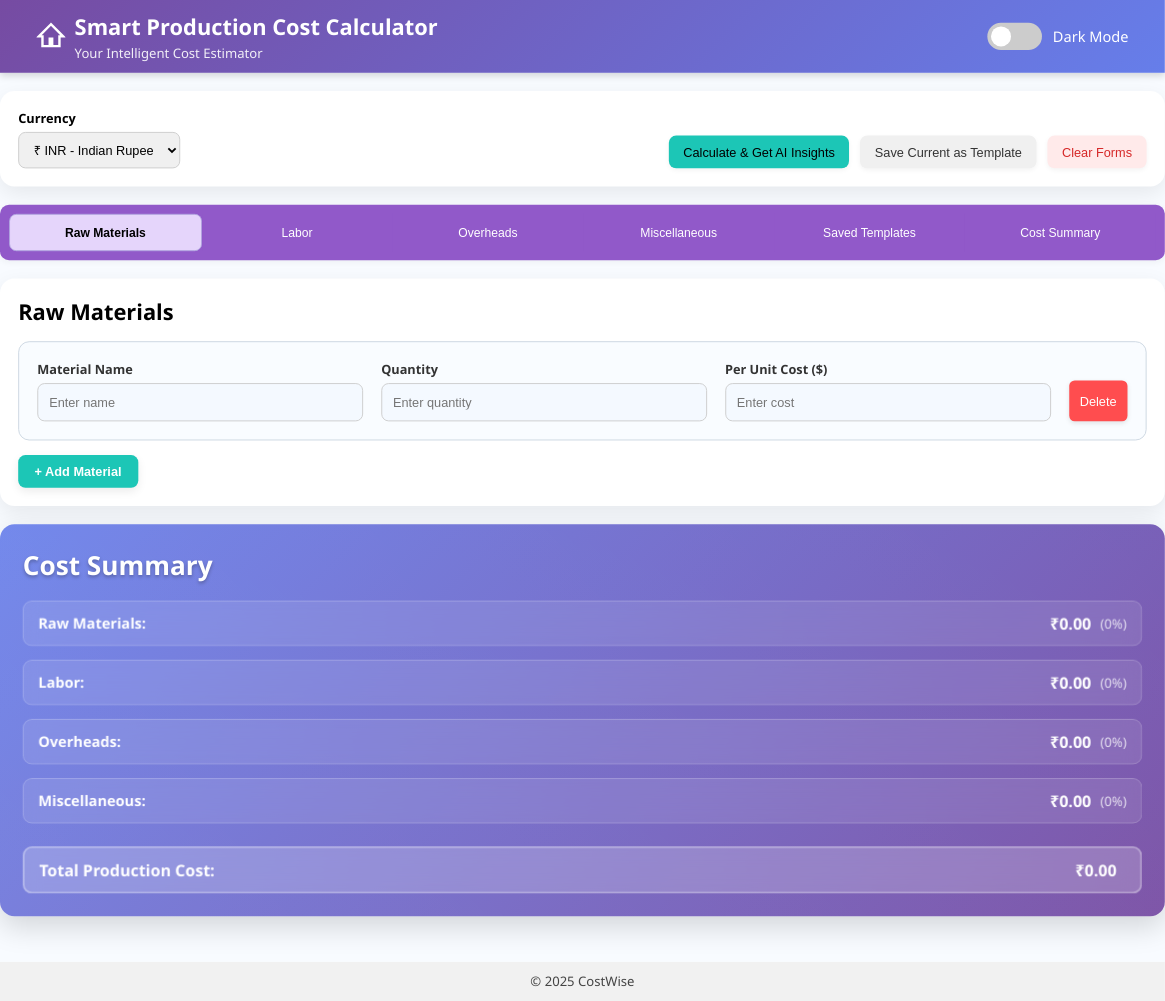
Repository: syntaxion25/COSTWISE
Page: index.html
The author's editor kept a copy of each file at every save. The page is drawn from the files as they stood at one save, then again after the next save.
The browser window is 1280 px wide. The pictures show the whole page, at 91% of full size.

Above is the page before, as saved 2025-06-13 20:07:10.
Console error: ReferenceError: savedTemplates is not defined

### index.html
<!DOCTYPE html>
<html lang="en">

<head>
    <meta charset="UTF-8" />
    <meta name="viewport" content="width=device-width, initial-scale=1.0" />
    <title>CostWise</title>
    <link rel="stylesheet" href="style.css" />
</head>

<body>
    <header>
  <div class="container">
    <div class="header-left">
      <svg class="logo" viewBox="0 0 24 24" fill="none">
        <!-- SVG path -->
        <path d="M12 2L2 12h3v8h6v-6h2v6h6v-8h3L12 2z" stroke="currentColor" stroke-width="2"/>
      </svg>
      <div>
        <h1>Smart Production Cost Calculator</h1>
        <p class="slogan">Your Intelligent Cost Estimator</p>
      </div>
    </div>
    <div class="header-right">
      <div class="toggle-container">
        <label class="switch">
          <input type="checkbox" id="nightToggle">
          <span class="slider"></span>
        </label>
        <span class="label-text">Dark Mode</span>
      </div>
    </div>
  </div>
</header>

    <main>
        <div class="card-container">
            <div class="card-header">
                <div class="currency-select">
                    <label for="currency">Currency</label>
                    <select id="currency">
                        <option value="INR">₹ INR - Indian Rupee</option>
                        <option value="EUR">€ EUR - Euro</option>
                        <option value="USD">$ USD - US Dollar</option>
                    </select>
                </div>
                <div class="button-group">
                    <button onclick="calculateAI()" class="btn primary">Calculate & Get AI Insights</button>
                    <button onclick="openSaveModal()" class="btn secondary">Save Current as Template</button>
                    <button onclick="clearForms()" class="btn danger">Clear Forms</button>
                </div>
            </div>
        </div>

        <div class="tab-wrapper">
            <div class="tab-container">
                <button class="tab" data-tab="materials_parent">Raw Materials</button>
                <button class="tab" data-tab="labor_parent">Labor</button>
                <button class="tab" data-tab="overheads_parent">Overheads</button>
                <button class="tab" data-tab="miscellaneous_parent">Miscellaneous</button>
                <button class="tab" data-tab="saved_templates">Saved Templates</button>
                <button class="tab" data-tab="cost_summary">Cost Summary</button>
            </div>
        </div>

        <!-- Raw Materials -->
        <div id="materials_parent" class="raw-materials-card">
            <h2>Raw Materials</h2>
            <div class="outlined-wrapper material-block">
                <div class="material-inputs-labeled">
                    <div class="input-group">
                        <label>Material Name</label>
                        <input type="text" placeholder="Enter name" id="material_name" class="material-name" />
                    </div>
                    <div class="input-group">
                        <label>Quantity</label>
                        <input type="number" placeholder="Enter quantity" id="material_quantity" class="material-quantity" />
                    </div>
                    <div class="input-group">
                        <label>Per Unit Cost ($)</label>
                        <input type="number" placeholder="Enter cost" id="material_cost" class="material-cost" />
                    </div>
                    <button onclick="deleteElement(this)" class="delete-btn">Delete</button>
                </div>
            </div>
            <button onclick="createMaterialElement()" class="addbutton">+ Add Material</button>
        </div>

        <!-- Labor -->
        <div id="labor_parent" class="raw-materials-card">
            <h2>Labor Costs</h2>
            <div class="outlined-wrapper labor-block">
                <div class="material-inputs-labeled">
                    <div class="input-group">
                        <label>Hours Worked</label>
                        <input type="number" placeholder="Enter number of hours" id="labor_hours" class="labor-hours" />
                    </div>
                    <div class="input-group">
                        <label>Labor Cost</label>
                        <input type="number" placeholder="Enter the cost of labor" id="labor_cost" class="labor-cost" />
                    </div>
                    <button onclick="deleteElement(this)" class="delete-btn">Delete</button>
                </div>
            </div>
            <button onclick="createLaborElement()" class="addbutton">+ Add Labor</button>
        </div>

        <!-- Overheads -->
        <div id="overheads_parent" class="raw-materials-card">
            <h2>Overheads Costs</h2>
            <div class="outlined-wrapper overhead-block">
                <div class="material-inputs-labeled">
                    <div class="input-group">
                        <label>Expense name</label>
                        <input type="text" placeholder="e.g, electricity, rent" id="overhead_name" class="overhead-name" />
                    </div>
                    <div class="input-group">
                        <label>Quantity/Hours</label>
                        <input type="number" placeholder="Enter the quantity" id="overhead_hours" class="overhead-hours" />
                    </div>
                    <div class="input-group">
                        <label>Cost</label>
                        <input type="number" placeholder="Enter the service cost" id="overhead_cost" class="overhead-cost" />
                    </div>
                    <button onclick="deleteElement(this)" class="delete-btn">Delete</button>
                </div>
            </div>
            <button onclick="createOverheadsElement()" class="addbutton">+ Add Overhead</button>
        </div>

        <!-- Miscellaneous -->
        <div id="miscellaneous_parent" class="raw-materials-card">
            <h2>Miscellaneous Costs</h2>
            <div class="outlined-wrapper miscellaneous-block">
                <div class="material-inputs-labeled">
                    <div class="input-group">
                        <label>Total Miscellaneous Costs</label>
                        <input type="number" placeholder="Enter total miscellaneous costs" id="miscellaneous_costs" class="miscellaneous-costs" />
                    </div>
                </div>
            </div>
        </div>

        <!-- Saved Templates -->
        <div id="saved_templates" class="raw-materials-card">
            <h2>Saved Templates</h2>
            <div class="outlined-wrapper saved-templates-block">
                <div class="template-list">
                    <p class="no-templates">No saved templates yet. Create and save a template to see it here.</p>
                </div>
            </div>
        </div>

        <!-- Cost Summary (now a proper tab) -->
        <div id="cost_summary" class="raw-materials-card cost-summary-card">
            <h2>Cost Summary</h2>
            <div class="cost-breakdown">
                <div class="cost-item">
                    <span class="cost-label">Raw Materials:</span>
                    <span class="cost-value">₹0.00</span>
                    <span class="cost-percentage">(0%)</span>
                </div>
                <div class="cost-item">
                    <span class="cost-label">Labor:</span>
                    <span class="cost-value">₹0.00</span>
                    <span class="cost-percentage">(0%)</span>
                </div>
                <div class="cost-item">
                    <span class="cost-label">Overheads:</span>
                    <span class="cost-value">₹0.00</span>
                    <span class="cost-percentage">(0%)</span>
                </div>
                <div class="cost-item">
                    <span class="cost-label">Miscellaneous:</span>
                    <span class="cost-value">₹0.00</span>
                    <span class="cost-percentage">(0%)</span>
                </div>
                <div class="cost-item total-cost">
                    <span class="cost-label">Total Production Cost:</span>
                    <span class="cost-value">₹0.00</span>
                </div>
            </div>
        </div>
    </main>

    <footer>
        <p>&copy; 2025 CostWise</p>
    </footer>

    <script src="app.js"></script>
</body>
</html>

### style.css
* {
  margin: 0;
  padding: 0;
  box-sizing: border-box;
}

body {
  font-family: 'Segoe UI', sans-serif;
  background-color: #f8fbff;
  padding-top: 80px; /* space for fixed header */
}

header {
  position: fixed;
  top: 0;
  width: 100%;
  background: linear-gradient(135deg, #764ba2 0%, #667eea 100%);
  color: white;
  padding: 12px 20px;
  box-shadow: 0 3px 8px rgba(0, 0, 0, 0.15);
  z-index: 1000;
}

.container {
  display: flex;
  justify-content: space-between;
  align-items: center;
  max-width: 1200px;
  margin: 0 auto;
}

.header-left {
  display: flex;
  align-items: center;
  gap: 10px;
}

.logo {
  width: 32px;
  height: 32px;
  stroke: white;
}

.header-left h1 {
  margin: 0;
  font-size: 1.5rem;
  font-weight: 600;
}

.header-right p {
  margin: 0;
  font-size: 0.9rem;
  opacity: 0.9;
  text-align: right;
}

@media (max-width: 600px) {
  .container {
    flex-direction: column;
    align-items: flex-start;
    gap: 8px;
  }

  .header-right p {
    text-align: left;
  }
}

footer {
  margin-top: 50px;
  text-align: center;
  padding: 12px;
  background-color: #f1f1f1;
  font-size: 0.9rem;
  color: #444;
}

/* Card Styles */
.card-container {
  background: #fff;
  padding: 20px;
  margin: 20px auto;
  border-radius: 16px;
  box-shadow: 0 8px 24px rgba(0, 0, 0, 0.08);
  max-width: 1400px;
}

/* Cost Summary Card */
.cost-summary-card {
  background: linear-gradient(135deg, #667eea 0%, #764ba2 100%);
  color: white;
  padding: 25px;
  margin: 20px auto;
  border-radius: 16px;
  box-shadow: 0 12px 32px rgba(0, 0, 0, 0.15);
  max-width: 1400px;
  position: relative;
  overflow: hidden;
}

.cost-summary-card::before {
  content: '';
  position: absolute;
  top: 0;
  left: 0;
  right: 0;
  bottom: 0;
  background: linear-gradient(45deg, rgba(255,255,255,0.1) 0%, rgba(255,255,255,0.05) 100%);
  pointer-events: none;
}

.cost-summary-card h2 {
  margin-bottom: 20px;
  font-size: 1.8rem;
  font-weight: 700;
  text-shadow: 0 2px 4px rgba(0,0,0,0.3);
}

.cost-breakdown {
  display: flex;
  flex-direction: column;
  gap: 15px;
}

.cost-item {
  display: flex;
  justify-content: space-between;
  align-items: center;
  padding: 12px 16px;
  background: rgba(255, 255, 255, 0.1);
  border-radius: 10px;
  backdrop-filter: blur(10px);
  border: 1px solid rgba(255, 255, 255, 0.2);
  transition: all 0.3s ease;
}

.cost-item:hover {
  background: rgba(255, 255, 255, 0.15);
  transform: translateY(-2px);
}

.cost-item.total-cost {
  background: rgba(255, 255, 255, 0.2);
  border: 2px solid rgba(255, 255, 255, 0.3);
  font-weight: 700;
  font-size: 1.1rem;
  margin-top: 10px;
}

.cost-label {
  font-weight: 600;
  flex: 1;
}

.cost-value {
  font-weight: 700;
  font-size: 1.1rem;
  margin-right: 10px;
}

.cost-percentage {
  font-size: 0.9rem;
  opacity: 0.8;
  font-weight: 500;
}

.card-header {
  display: flex;
  flex-wrap: wrap;
  justify-content: space-between;
  align-items: flex-end;
  gap: 20px;
}

/* Currency Dropdown */
.currency-select label {
  display: block;
  font-weight: 600;
  margin-bottom: 6px;
  font-size: 14px;
}

.currency-select select {
  padding: 10px 12px;
  font-size: 14px;
  border: 1px solid #ccc;
  border-radius: 8px;
  background-color: #f0f0f0;
  transition: all 0.2s ease-in-out;
}

.currency-select select:hover {
  border-color: #00ddff;
  background-color: #fff;
  box-shadow: 0 0 4px rgba(28, 198, 182, 0.3);
}

/* Buttons */
.button-group {
  display: flex;
  gap: 12px;
  flex-wrap: wrap;
}

.btn {
  padding: 10px 16px;
  font-size: 14px;
  font-weight: 500;
  border: none;
  border-radius: 8px;
  cursor: pointer;
  transition: all 0.2s ease-in-out;
  box-shadow: 0 2px 6px rgba(0,0,0,0.05);
}

.btn:hover {
  transform: translateY(-2px);
  box-shadow: 0 4px 12px rgba(0,0,0,0.1);
}

.btn.primary {
  background-color: #1cc6b6;
  color: rgb(0, 0, 0);
}

.btn.primary:hover {
  background-color: #00ddff;
}

.btn.secondary {
  background-color: #f0f0f0;
  color: #333;
}

.btn.secondary:hover {
  background-color: #e0e0e0;
}

.btn.danger {
  background-color: #ffeaea;
  color: #d62828;
}

.btn.danger:hover {
  background-color: #ffcccc;
}

svg {
  width: 24px;
  height: 24px;
}

.tab-wrapper {
  max-width: 1400px;
  margin: 20px auto;
}

.tab-container {
  display: flex;
 background-color:  #9159c9;
  border-radius: 10px;
  padding: 10px;
  overflow-x: auto;
  box-shadow: 0 2px 8px rgba(0, 0, 0, 0.05);
}

.tab {
  flex: 1;
   background-color:  #9159c9;
  padding: 12px 16px;
  text-align: center;
  color: #ffffff;
  font-weight: 500;
  text-decoration: none;
  transition: background-color 0.3s, font-weight 0.3s;
  white-space: nowrap;
  border : none;
}

.tab:hover {
  background-color: #c870e6;
  border-radius: 8px;
}

.tab.active {
  background-color: #e5d5fb;
  font-weight: bold;
  border: 1.5px solid #afa4de;
  color: black;
  border-radius: 8px;
}

.tab.saved-template::before {
  content: "📁";
  margin-right: 6px;
}

.raw-materials-card {
  background: #fff;
  padding: 20px;
  margin: 20px auto;
  width: auto;
  border-radius: 16px;
  box-shadow: 0 8px 24px rgba(0, 0, 0, 0.08);
  max-width: 1400px;
  /* display: none; */
}

.outlined-wrapper {
  border: 1.5px solid #cbd5e1;
  border-radius: 12px;
  padding: 20px;
  margin-top: 16px;
  background-color: #f9fcff;
}

.material-inputs-labeled {
  display: flex;
  gap: 20px;
  flex-wrap: wrap;
}

.input-group {
  display: flex;
  flex-direction: column;
  flex: 1;
  min-width: 200px;
}

.input-group label {
  font-weight: 600;
  margin-bottom: 6px;
  font-size: 14px;
  color: #333;
}

.input-group input {
  padding: 12px;
  border: 1px solid #ccc;
  border-radius: 8px;
  font-size: 14px;
  background-color: #f4f9ff;
  transition: border-color 0.3s, background-color 0.3s;
}

.input-group input:focus {
  border-color: #007bff;
  background-color: #fff;
  outline: none;
}

.addbutton{
  margin-top: 16px;
  padding: 10px 18px;
  font-size: 14px;
  font-weight: 600;
  color: #fff;
  background-color: #1cc6b6;
  border: none;
  border-radius: 8px;
  cursor: pointer;
  transition: background-color 0.3s ease, transform 0.2s;
  box-shadow: 0 4px 10px rgba(0, 0, 0, 0.08);
}

.addbutton:hover {
  background-color: #00bfa6;
  transform: translateY(-2px);
}

.delete-btn {
  background-color: #ff4d4f;
  color: white;
  border: none;
  border-radius: 6px;
  padding: 8px 12px;
  font-size: 14px;
  cursor: pointer;
  transition: background-color 0.2s ease, transform 0.2s;
  margin-top: 22px;
  box-shadow: 0 2px 6px rgba(0, 0, 0, 0.1);
}

.delete-btn:hover {
  background-color: #e60000;
  transform: scale(1.05);
}

/* ========== NIGHT MODE ========== */
body.dark-mode {
  background-color: #121212;
  color: #e0e0e0;
}

body.dark-mode header {
  background-color: #1f1f1f;
  color: white;
}

body.dark-mode .logo {
  stroke: white;
}

body.dark-mode footer {
  background-color: #1f1f1f;
  color: #ccc;
}

body.dark-mode .card-container,
body.dark-mode .raw-materials-card,
body.dark-mode .outlined-wrapper {
  background-color: #1e1e1e;
  border-color: #333;
  color: #e0e0e0;
}

body.dark-mode .cost-summary-card {
  background: linear-gradient(135deg, #2d3748 0%, #4a5568 100%);
  color: #e2e8f0;
}

body.dark-mode .cost-item {
  background: rgba(255, 255, 255, 0.05);
  border: 1px solid rgba(255, 255, 255, 0.1);
}

body.dark-mode .cost-item:hover {
  background: rgba(255, 255, 255, 0.1);
}

body.dark-mode .cost-item.total-cost {
  background: rgba(255, 255, 255, 0.1);
  border: 2px solid rgba(255, 255, 255, 0.2);
}

body.dark-mode .tab-container {
  background-color: #2c2c2c;
}

body.dark-mode .tab {
  background-color: #2c2c2c;
  color: #a0c4ff;
}

body.dark-mode .tab:hover {
  background-color: #444;
}

body.dark-mode .tab.active {
  background-color: #333;
  border-color: #555;
}

body.dark-mode input,
body.dark-mode select {
  background-color: #2c2c2c;
  color: #f0f0f0;
  border: 1px solid #555;
}

body.dark-mode input::placeholder,
body.dark-mode select::placeholder {
  color: #aaa;
}


body.dark-mode .btn,
body.dark-mode .addbutton {
  background-color: #333;
  color: #fff;
  border-color: #444;
}

body.dark-mode .btn.primary {
  background-color: #007bff;
  color: white;
}

body.dark-mode .btn.secondary {
  background-color: #444;
  color: #fff;
}

body.dark-mode .btn.danger {
  background-color: #a32020;
  color: white;
}

body.dark-mode .delete-btn {
  background-color: #cc0000;
}

body.dark-mode .delete-btn:hover {
  background-color: #ff1a1a;
}

.tab-content {
  display: none;
  max-width: 1400px;
  margin: 20px auto;
}

.tab-content.active {
  display: block;
}

.theme-toggle-wrapper {
  position: fixed;
  top: 16px;
  right: 16px;
  z-index: 1001;
}

.dark-toggle {
  font-size: 1.2rem;
  background: none;
  border: none;
  color: white;
  cursor: pointer;
}

.toggle-container {
  display: flex;
  align-items: center;
  gap: 12px;
}

.switch {
  position: relative;
  display: inline-block;
  width: 60px;
  height: 30px;
}

.switch input {
  opacity: 0;
  width: 0;
  height: 0;
}

.slider {
  position: absolute;
  top: 0;
  left: 0;
  right: 0;
  bottom: 0;
  background-color: #ccc;
  border-radius: 34px;
  transition: background-color 0.4s;
  cursor: pointer;
}

.slider::before {
  content: "";
  position: absolute;
  height: 22px;
  width: 22px;
  left: 4px;
  bottom: 4px;
  background-color: white;
  border-radius: 50%;
  transition: transform 0.4s;
}

/* Toggle ON */
input:checked + .slider {
  background-color: #4a4a4a;
}

input:checked + .slider::before {
  transform: translateX(30px);
}

/* Responsive Design for Cost Summary */
@media (max-width: 768px) {
  .cost-item {
    flex-direction: column;
    text-align: center;
    gap: 8px;
  }

  .cost-label, .cost-value, .cost-percentage {
    margin: 0;
  }

  .cost-summary-card {
    margin: 15px;
    padding: 20px;
  }

  .cost-summary-card h2 {
    font-size: 1.5rem;
  }
}

/* Slogan under title */
.slogan {
  font-size: 0.9rem;
  opacity: 0.9;
  margin-top: 4px;
}

/* Adjust for mobile */
@media (max-width: 600px) {
  .header-left {
    flex-direction: column;
    align-items: flex-start;
  }

  .slogan {
    text-align: left;
  }

  .header-right {
    width: 100%;
    display: flex;
    justify-content: flex-end;
  }

  .toggle-container {
    justify-content: flex-end;
    width: 100%;
  }
}

/* Updated Dark Mode Gradient */
body.dark-mode header {
  background: linear-gradient(135deg, #2c2c2c 0%, #434343 100%);
}

body.dark-mode .input-group label {
  color: #ffffff;
}

Loaded but not shown: app.js (595 lines, source omitted)

After the next save:
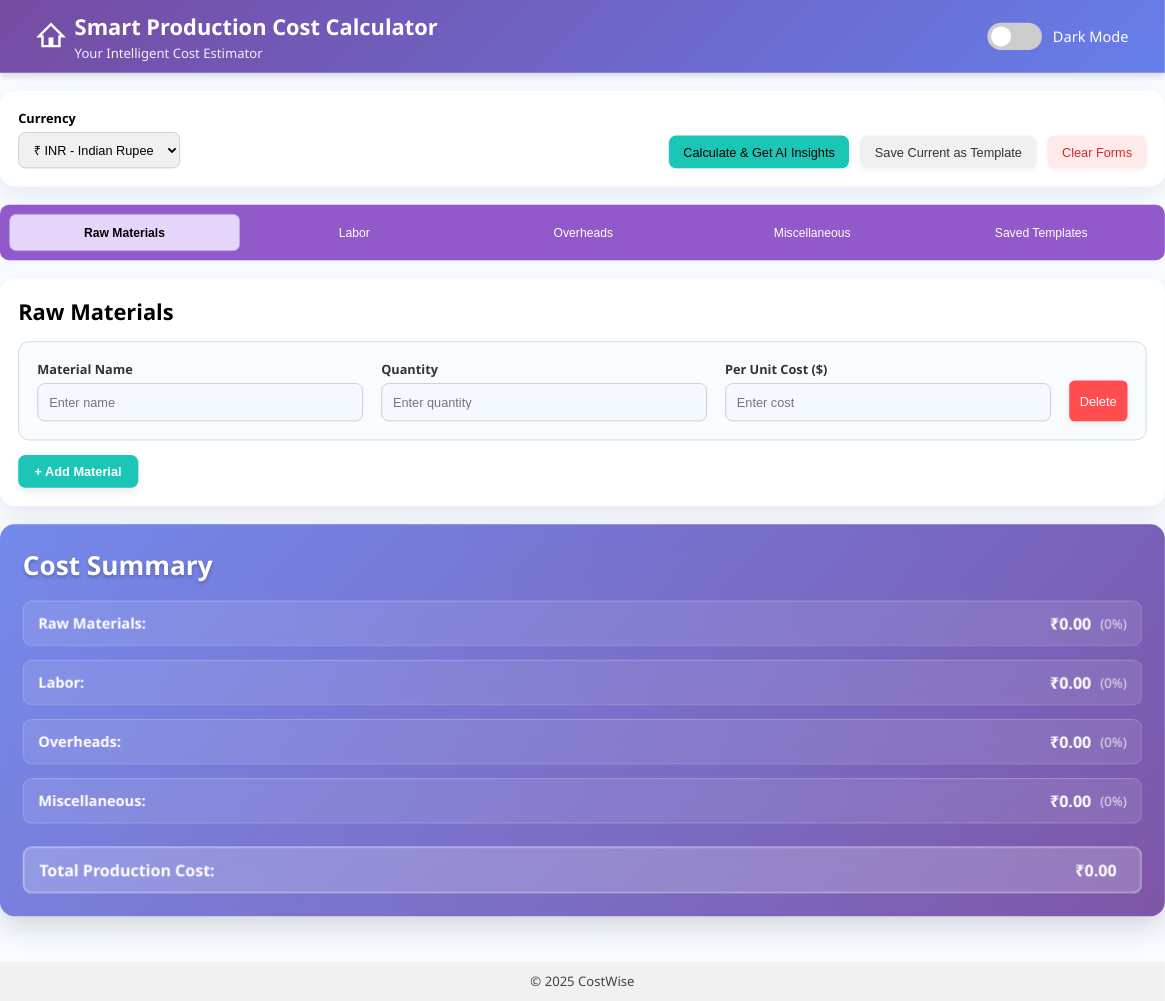
Saved 9 s later.
--- a/index.html
+++ b/index.html
@@ -33,6 +33,7 @@
   </div>
 </header>
 
+
     <main>
         <div class="card-container">
             <div class="card-header">
@@ -57,9 +58,8 @@
                 <button class="tab" data-tab="materials_parent">Raw Materials</button>
                 <button class="tab" data-tab="labor_parent">Labor</button>
                 <button class="tab" data-tab="overheads_parent">Overheads</button>
-                <button class="tab" data-tab="miscellaneous_parent">Miscellaneous</button>
-                <button class="tab" data-tab="saved_templates">Saved Templates</button>
-                <button class="tab" data-tab="cost_summary">Cost Summary</button>
+                <button class="tab" data-tab="tab4">Miscellaneous</button>
+                <button class="tab" data-tab="tab5">Saved Templates</button>
             </div>
         </div>
 
@@ -115,7 +115,7 @@
                         <input type="text" placeholder="e.g, electricity, rent" id="overhead_name" class="overhead-name" />
                     </div>
                     <div class="input-group">
-                        <label>Quantity/Hours</label>
+                        <label>Expense name</label>
                         <input type="number" placeholder="Enter the quantity" id="overhead_hours" class="overhead-hours" />
                     </div>
                     <div class="input-group">
@@ -150,37 +150,6 @@
                 </div>
             </div>
         </div>
-
-        <!-- Cost Summary (now a proper tab) -->
-        <div id="cost_summary" class="raw-materials-card cost-summary-card">
-            <h2>Cost Summary</h2>
-            <div class="cost-breakdown">
-                <div class="cost-item">
-                    <span class="cost-label">Raw Materials:</span>
-                    <span class="cost-value">₹0.00</span>
-                    <span class="cost-percentage">(0%)</span>
-                </div>
-                <div class="cost-item">
-                    <span class="cost-label">Labor:</span>
-                    <span class="cost-value">₹0.00</span>
-                    <span class="cost-percentage">(0%)</span>
-                </div>
-                <div class="cost-item">
-                    <span class="cost-label">Overheads:</span>
-                    <span class="cost-value">₹0.00</span>
-                    <span class="cost-percentage">(0%)</span>
-                </div>
-                <div class="cost-item">
-                    <span class="cost-label">Miscellaneous:</span>
-                    <span class="cost-value">₹0.00</span>
-                    <span class="cost-percentage">(0%)</span>
-                </div>
-                <div class="cost-item total-cost">
-                    <span class="cost-label">Total Production Cost:</span>
-                    <span class="cost-value">₹0.00</span>
-                </div>
-            </div>
-        </div>
     </main>
 
     <footer>
